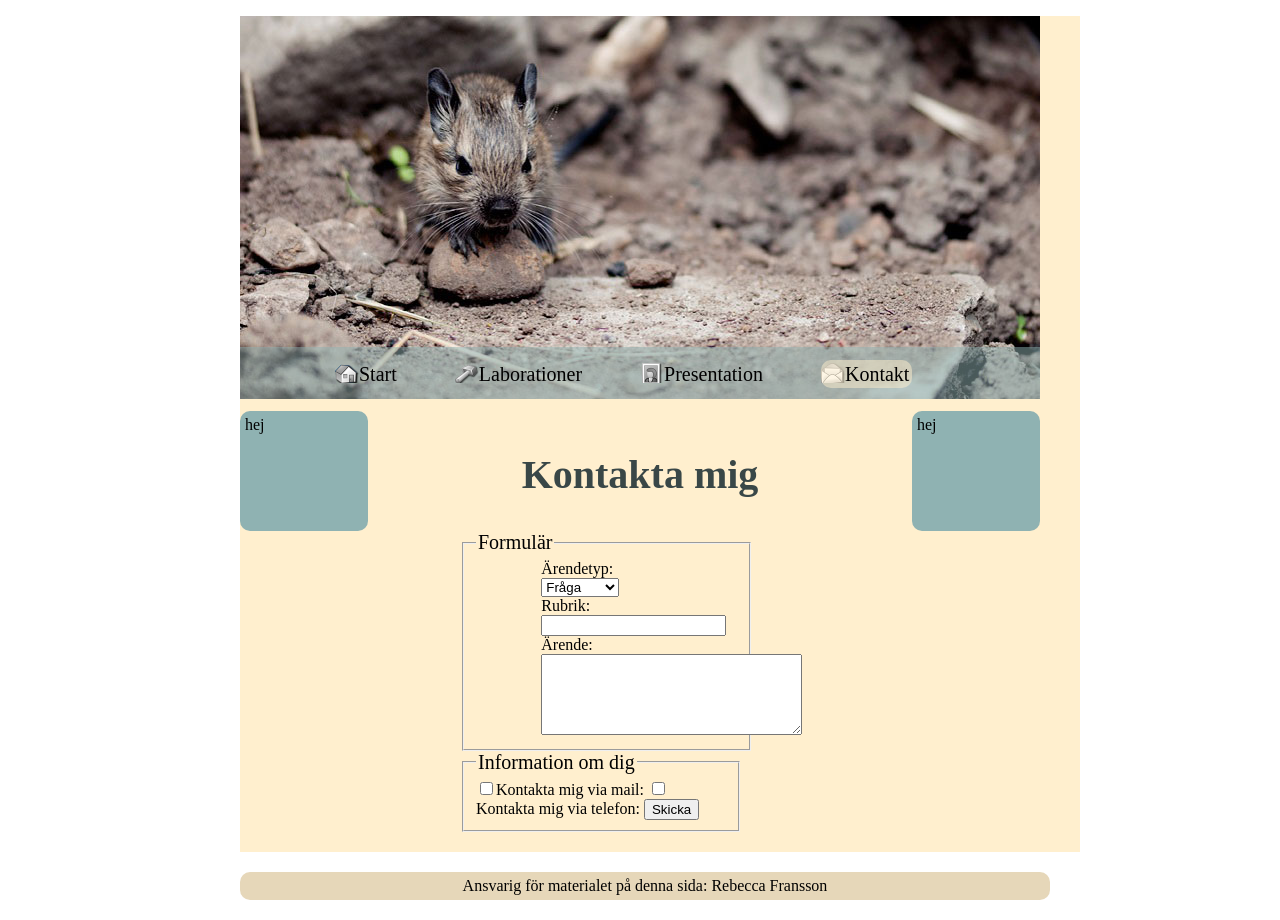
Repository: RebeccaFransson/Interfacedevelopment-1IK415
Page: pages/kontakt.html
The author's editor kept a record of every edit. The page is drawn from the files as they stood at one moment, then again after the next edit.
The browser window is 1280 px wide. The pictures show the whole page.

Above is the page before.

After the next edit:
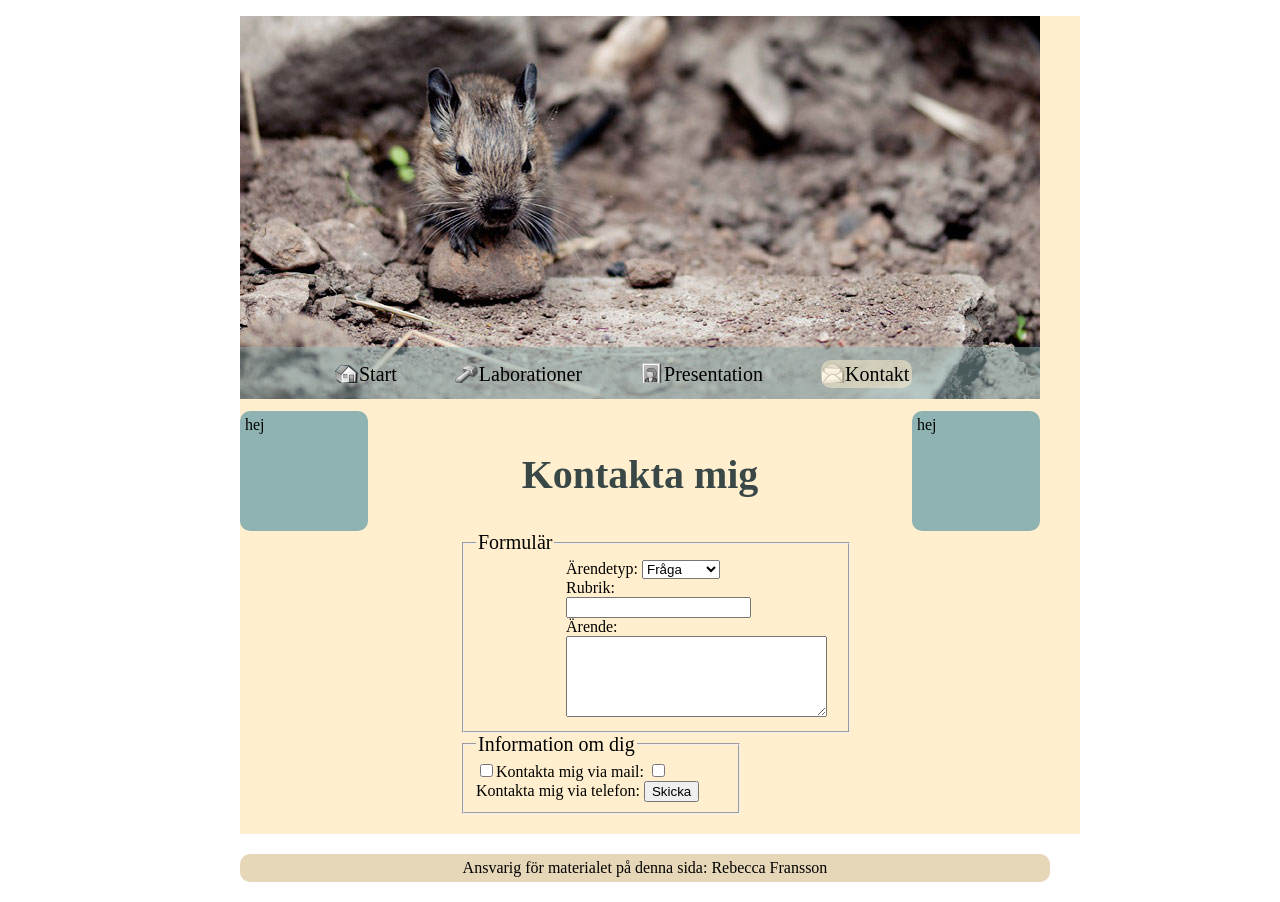
The edit:
--- a/pages/kontakt.html
+++ b/pages/kontakt.html
@@ -34,7 +34,7 @@
    <h2>Kontakta mig</h2>
    <div class="form">
        <form name="form" method="post" action="http://voyager.lnu.se/tekinet/kurser/dtt/wp_webbintro/form.php">
-         <fieldset style="width: 250px" >
+         <fieldset style="width: 90%" >
           <legend>Formulär</legend>
 
 
